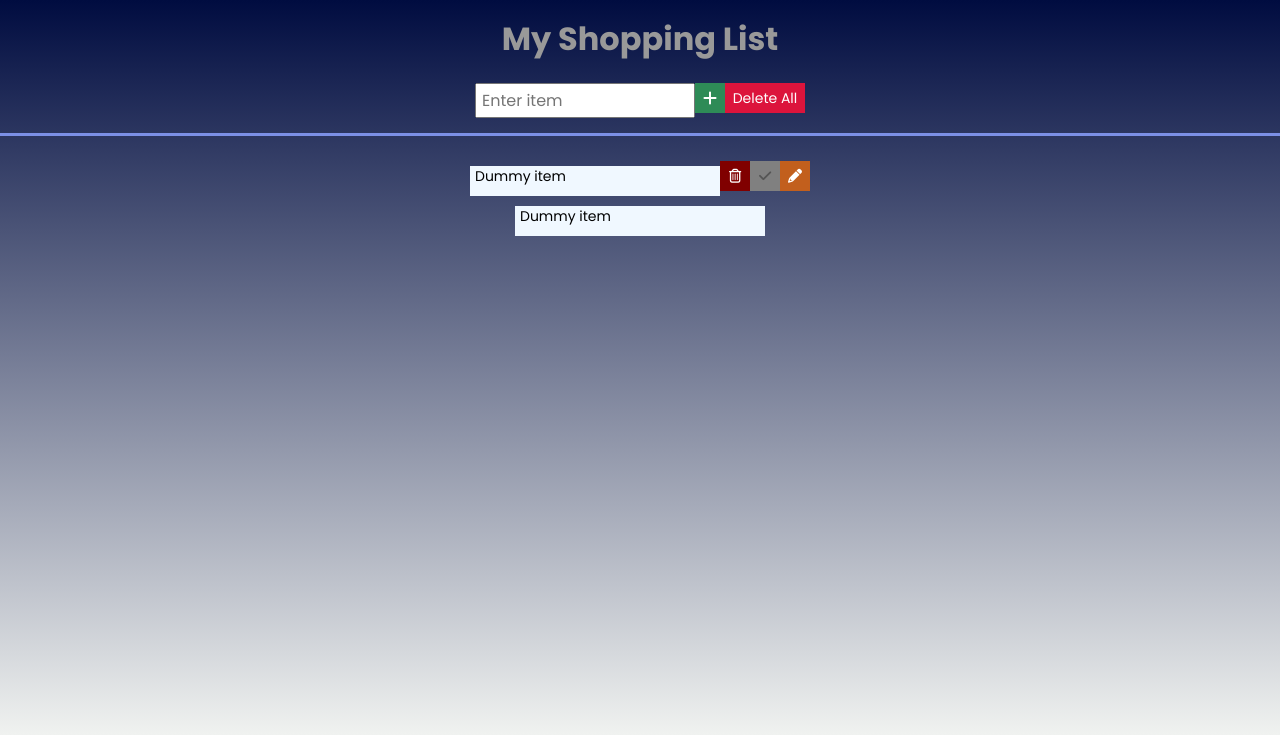
Repository: SaadYasin/shopping-list01-js
Page: index.html
These files come from the project's save history. The page is drawn as it stood at one moment and after the next save; the edit follows.
The browser window is 1280 px wide. The pictures show the whole page.

Above is the page before, as saved 2021-12-05 19:17:52.

After the next save:
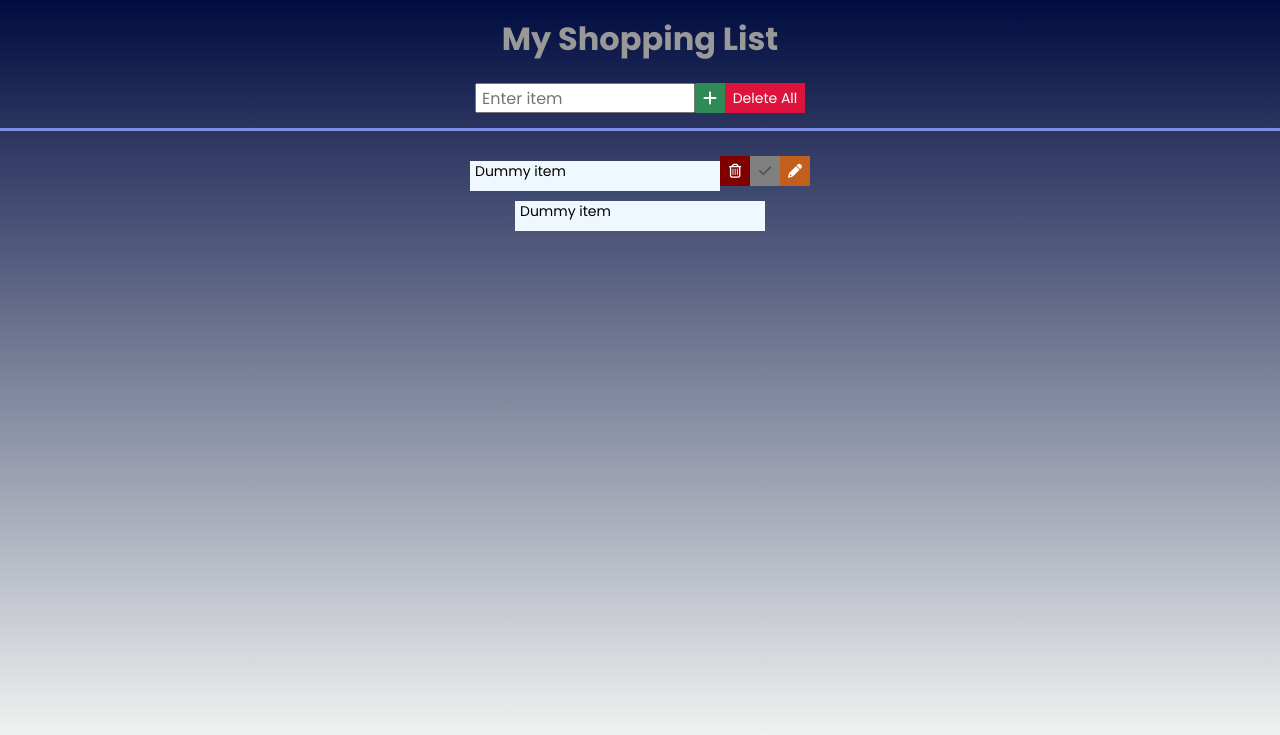
Saved 31 s later.
--- a/styles.css
+++ b/styles.css
@@ -27,7 +27,7 @@ header h1 {
 }
 
 #item-txt {
-    height: 35px;
+    height: 30px;
     width: 220px;
     font-size: 16px;
     padding-left: 5px;
